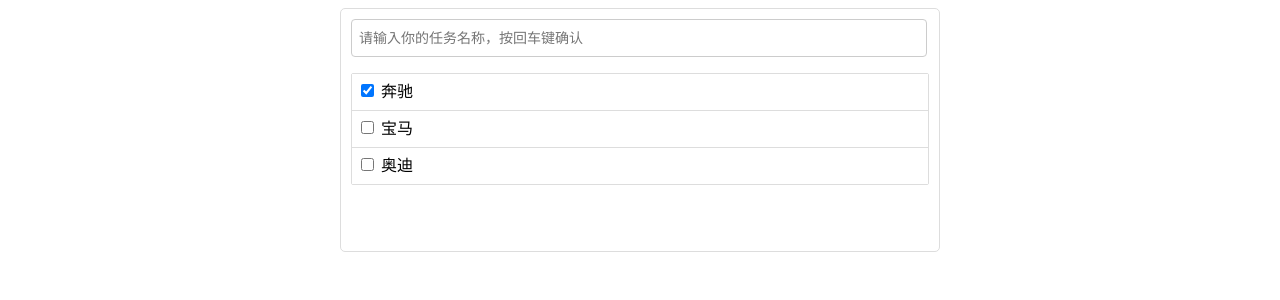
Repository: zhuhongxiang/Vue3.0-TSLeaning
Page: / (app in 04_Vue3/vue3_learning/)
These files come from the project's save history. The page is drawn as it stood at one moment and after the next save; the edit follows.
The browser window is 1280 px wide. The pictures show the whole page.
The project was rebuilt for these pictures with package versions that can differ from the ones it lists, and the page was loaded fresh each time.

Above is the page before, as saved 2021-07-28 15:12:24.

### 04_Vue3/vue3_learning/public/index.html
<!DOCTYPE html>
<html lang="">
  <head>
    <meta charset="utf-8">
    <meta http-equiv="X-UA-Compatible" content="IE=edge">
    <meta name="viewport" content="width=device-width,initial-scale=1.0">
    <link rel="icon" href="<%= BASE_URL %>favicon.ico">
    <title><%= htmlWebpackPlugin.options.title %></title>
    <link rel="stylesheet" href="./css/base.css">
  </head>
  <body>
    <noscript>
      <strong>We're sorry but <%= htmlWebpackPlugin.options.title %> doesn't work properly without JavaScript enabled. Please enable it to continue.</strong>
    </noscript>
    <div id="app"></div>
    <!-- built files will be auto injected -->
  </body>
</html>

### 04_Vue3/vue3_learning/src/main.ts
// 程序的主入口文件，ts文件，是main.ts
// 引入createApp函数，创建对应的应用产生应用的实例对象
import { createApp } from 'vue'
// 引入App组件（所有组件的父级组件）
import App from './App.vue'
// 创建App应用返回对应的实例对象，调用mount方法进行挂载
createApp(App).mount('#app')

### 04_Vue3/vue3_learning/src/App.vue
<template>
  <div class="todo-container">
    <div class="todo-wrap">
      <Header :addTodo="addTodo" />
      <List :todos="todos" :delTodo="delTodo" :updateTodo="updateTodo" />
      <Footer
        :todos="todos"
        :checkAll="checkAll"
        :clear="clearAllCompletedTodos"
      />
    </div>
  </div>
</template>

<script lang='ts'>
import { defineComponent, reactive, toRefs } from "vue";
import Header from "./components/Header.vue";
import List from "./components/List.vue";
import Footer from "./components/Footer.vue";
import { Todo } from "./types/todo";
export default defineComponent({
  name: "App",
  props: {},
  components: { Header, List, Footer },
  // 数据应该用数组来存储，数组中的每个数据都是一个对象，对象中有三个属性(id,title,isCompleted)
  // 把数组暂且定义在App.vue父级组件
  setup() {
    // 定义一个数组数据
    const state = reactive<{ todos: Todo[] }>({
      todos: [
        { id: 1, title: "奔驰", isCompleted: true },
        { id: 2, title: "宝马", isCompleted: false },
        { id: 3, title: "奥迪", isCompleted: false },
      ],
    });
    // 添加数据的方法
    const addTodo = (todo: Todo) => {
      state.todos.unshift(todo);
    };
    const delTodo = (index: number) => {
      state.todos.splice(index, 1);
    };
    const updateTodo = (todo: Todo, isCompleted: boolean) => {
      todo.isCompleted = isCompleted;
      console.log(todo);
    };
    return {
      ...toRefs(state),
      addTodo,
      delTodo,
      updateTodo,
    };
  },
});
</script>

<style scoped>
.todo-container {
  width: 600px;
  margin: 0 auto;
}
.todo-container .todo-wrap {
  padding: 10px;
  border: 1px solid #ddd;
  border-radius: 5px;
}
</style>

### 04_Vue3/vue3_learning/src/components/Header.vue
<template>
  <div class="todo-header">
    <input
      type="text"
      placeholder="请输入你的任务名称，按回车键确认"
      @keydown.enter="add"
      v-model="title"
    />
  </div>
</template>

<script lang='ts'>
import { defineComponent, reactive, ref } from "vue";
export default defineComponent({
  name: "Header",
  props: {
    addTodo: {
      type: Function,
      required: true,
    },
  },
  components: {},
  setup(props) {
    // 定义一个ref类型的数据
    const title = ref("");
    // 回车的时间回调函数，用来添加数据
    const add = () => {
      // 获取文本框中输入的数据，判断不为空
      const text = title.value;
      if (!text.trim()) return;
      // 此时有数据，创建一个Todo对象
      const todo = {
        id: Date.now(),
        title: text,
        isCompleted: false,
      };
      // 调用addTodo方法
      props.addTodo(todo);
      // 清空文本框
      title.value = "";
    };
    return {
      title,
      add,
    };
  },
});
</script>

<style scoped>
.todo-header input {
  width: 560px;
  height: 28px;
  font-size: 14px;
  border: 1px solid #ccc;
  border-radius: 4px;
  padding: 4px 7px;
}
.todo-header input:focus {
  outline: none;
  border-color: rgba(82, 168, 236, 0.8);
  box-shadow: inset 0 1px 1px rgba(0, 0, 0, 0.075),
    0 0 8px rgba(82, 168, 236, 0.6);
}
</style>

### 04_Vue3/vue3_learning/src/components/List.vue
<template>
  <ul class="todo-main">
    <Item
      v-for="(todo, index) in todos"
      :key="todo.id"
      :index="index"
      :todo="todo"
      :delTodo="delTodo"
      :updateTodo="updateTodo"
    />
  </ul>
</template>

<script lang='ts'>
import { defineComponent } from "vue";
import Item from "./Item.vue";
export default defineComponent({
  name: "List",
  props: ["todos", "delTodo", "updateTodo"],
  components: { Item },
  setup() {
    return {};
  },
});
</script>

<style scoped>
.todo-main {
  margin-left: 0;
  border: 1px solid #ddd;
  border-radius: 2px;
  padding: 0;
}
.todo-empty {
  height: 40px;
  line-height: 20px;
  border: 1px solid #ddd;
  border-radius: 2px;
  padding-left: 5px;
  margin-top: 10px;
}
</style>

### 04_Vue3/vue3_learning/src/components/Footer.vue
<template>
  <div class="todo-footer">
    <!-- <label>
      <input type="checkbox" v-model="isCheckAll"/>
    </label>
    <span>
      <span>已完成{{count}}</span> / 全部{{todos.length}}
    </span>
    <button class="btn btn-danger" @click="delAll">清除已完成的任务</button> -->
  </div>
</template>

<script lang='ts'>
import { defineComponent, reactive } from "vue";
export default defineComponent({
  name: "Footer",
  props: {},
  components: {},
  setup() {
    return {};
  },
});
</script>

<style scoped>
.todo-footer {
  height: 40px;
  line-height: 40px;
  padding-left: 6px;
  margin-top: 5px;
}
.todo-footer label {
  display: inline-block;
  margin-right: 20px;
  cursor: pointer;
}
.todo-footer label input {
  position: relative;
  top: -1px;
  vertical-align: middle;
  margin-right: 5px;
}
.todo-footer button {
  float: right;
  margin-top: 5px;
}
</style>

### 04_Vue3/vue3_learning/src/components/Item.vue
<template>
  <li
    @mouseenter="mouseHandler(true)"
    @mouseleave="mouseHandler(false)"
    :style="{ backgroundColor: bgColor, color: myColor }"
  >
    <label>
      <input type="checkbox" v-model="isComplete" />
      <span>&nbsp;{{ todo.title }}</span>
    </label>
    <button class="btn btn-danger" v-if="isShow" @click="del">删除</button>
  </li>
</template>

<script lang='ts'>
import { computed, defineComponent, ref } from "vue";
import { Todo } from "../types/todo";
export default defineComponent({
  name: "Item",
  props: {
    todo: {
      type: Object as () => Todo,
      required: true,
    },
    delTodo: {
      type: Function,
      required: true,
    },
    index: {
      type: Number,
      required: true,
    },
    updateTodo: {
      type: Function,
      required: true,
    },
  },
  components: {},
  setup(props) {
    // 背景色
    const bgColor = ref("white");
    // 前景色
    const myColor = ref("black");
    // 设置按钮默认不显示
    const isShow = ref(false);
    // 鼠标进入和离开事件的回调函数
    const mouseHandler = (flag: boolean) => {
      if (flag) {
        bgColor.value = "pink";
        myColor.value = "green";
        isShow.value = true;
      } else {
        bgColor.value = "white";
        myColor.value = "black";
        isShow.value = false;
      }
    };
    const del = () => {
      if (window.confirm("确定要删除吗？")) {
        props.delTodo(props.index);
      }
    };
    const isComplete = computed({
      get() {
        return props.todo.isCompleted;
      },
      set(val: boolean) {
        props.updateTodo?.(props.todo, val);
      },
    }); // 利用计算属性的方式 来让当前的复选框选中/不选中
    return {
      mouseHandler,
      bgColor,
      myColor,
      isShow,
      del,
      isComplete,
    };
  },
});
</script>

<style scoped>
li {
  list-style: none;
  height: 36px;
  line-height: 36px;
  padding: 0 5px;
  border-bottom: 1px solid #ddd;
}
li label {
  float: left;
  cursor: pointer;
}
li label li input {
  vertical-align: middle;
  margin-right: 6px;
  position: relative;
  top: -1px;
}
li button {
  float: right;
  margin-top: 3px;
}
li::before {
  content: initial;
}
li:last-child {
  border-bottom: none;
}
</style>

### 04_Vue3/vue3_learning/public/css/base.css
body {
  background: #fff;
}

.btn {
  display: inline-block;
  padding: 4px,12px;
  margin-bottom: 0;
  font-size: 14px;
  line-height: 20px;
  text-align: center;
  vertical-align: middle;
  cursor: pointer;
  box-shadow: inset 0 1px 0 rgba(255, 255, 255, 0.2), 0 1px 2px rgba(0, 0, 0 , 0.05) ;
  border-radius: 4px;
}

.btn-danger {
  color: #fff;
  background-color: #da4f49;
  border: 1px solid #bd362f;
}

.btn-danger:hover {
  color: #fff;
  background-color: #bd362f;
}

.btn:focus {
  outline: none;
}

After the next save:
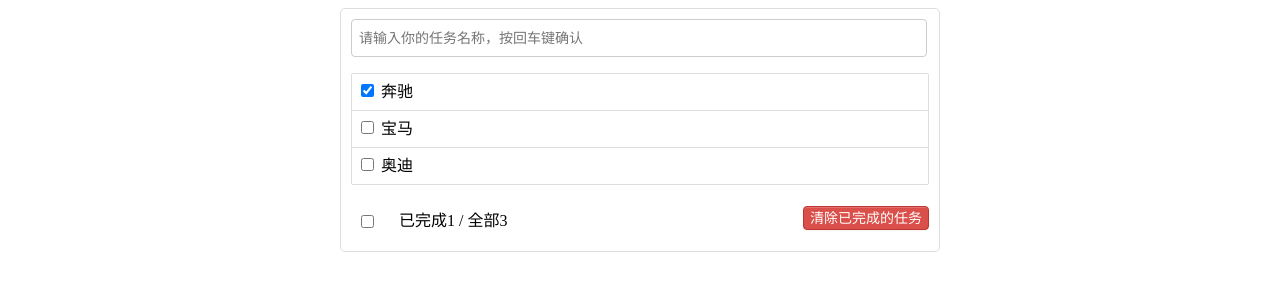
Saved 5 min 36 s later.
--- a/04_Vue3/vue3_learning/src/components/Footer.vue
+++ b/04_Vue3/vue3_learning/src/components/Footer.vue
@@ -1,23 +1,37 @@
 <template>
   <div class="todo-footer">
-    <!-- <label>
-      <input type="checkbox" v-model="isCheckAll"/>
+    <label>
+      <input type="checkbox" v-model="isCheckAll" />
     </label>
     <span>
-      <span>已完成{{count}}</span> / 全部{{todos.length}}
+      <span>已完成{{ count }}</span> / 全部{{ todos.length }}
     </span>
-    <button class="btn btn-danger" @click="delAll">清除已完成的任务</button> -->
+    <button class="btn btn-danger" @click="delAll">清除已完成的任务</button>
   </div>
 </template>
 
 <script lang='ts'>
-import { defineComponent, reactive } from "vue";
+import { computed, defineComponent, reactive } from "vue";
+import { Todo } from "../types/todo";
 export default defineComponent({
   name: "Footer",
-  props: {},
+  props: {
+    todos: {
+      type: Array as () => Todo[],
+      required: true,
+    },
+  },
   components: {},
-  setup() {
-    return {};
+  setup(props) {
+    const count = computed(() => {
+      return props.todos.reduce(
+        (pre, todo, index) => pre + (todo.isCompleted ? 1 : 0),
+        0
+      );
+    });
+    return {
+      count,
+    };
   },
 });
 </script>
